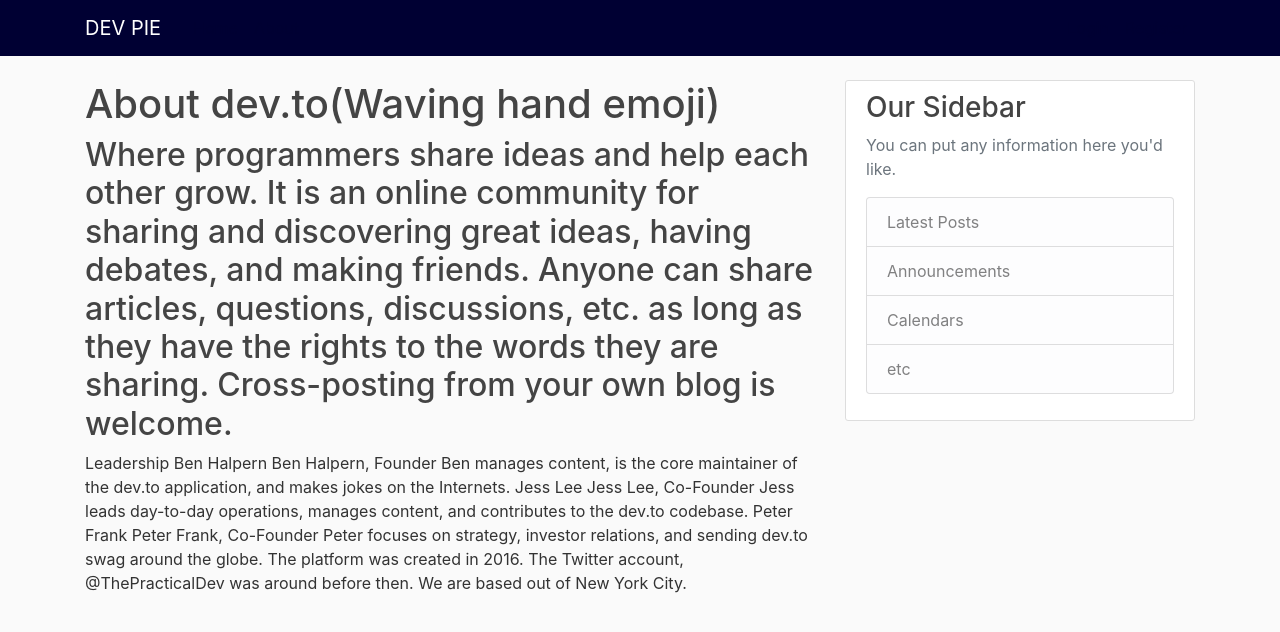
Repository: marstangg/Digitalblog
Page: http://localhost/about
The author's editor kept a record of every edit. The page is drawn from the files as they stood at one moment, then again after the next edit.
The browser window is 1280 px wide. The pictures show the whole page.
Some web libraries are served in a nearby version. The page is served by the project's application, run on Flask 3 (flaskblog/__init__.py).

Above is the page before.

After the next edit:
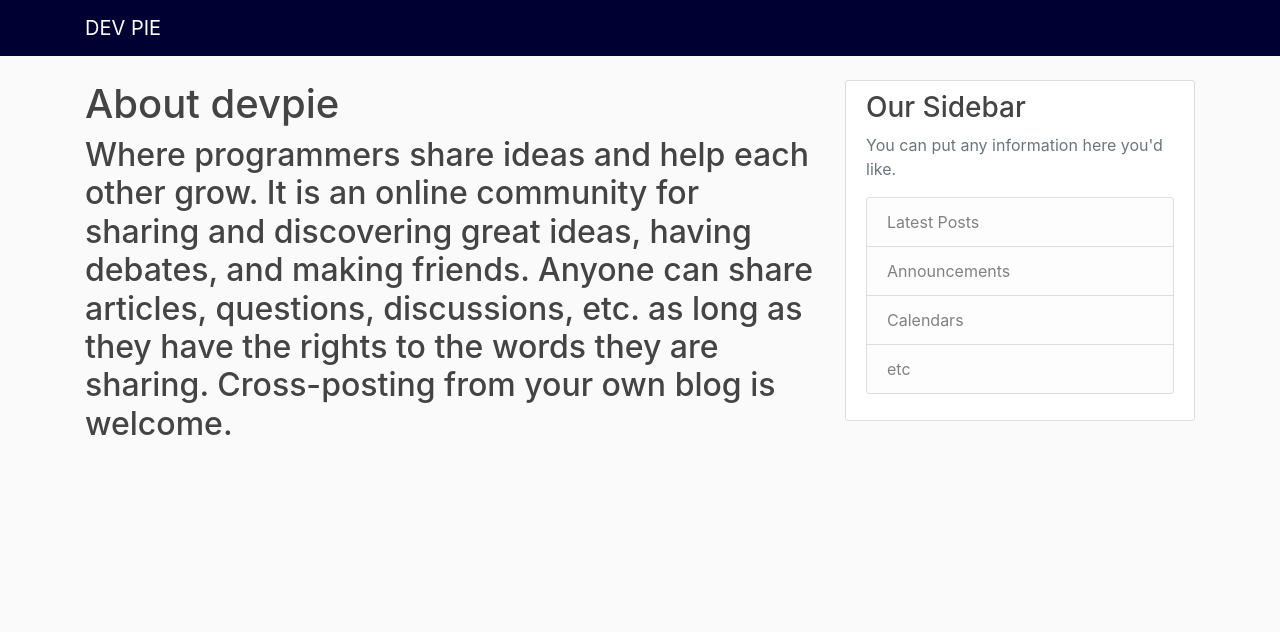
The edit:
--- a/flaskblog/templates/about.html
+++ b/flaskblog/templates/about.html
@@ -1,20 +1,7 @@
 {% extends "layout.html" %}
 {% block content %}
 
-<h1>About dev.to(Waving hand emoji) </h1>
+<h1>About devpie</h1>
 <h2>Where programmers share ideas and help each other grow. It is an online community for sharing and discovering great ideas, having debates, and making friends. Anyone can share articles, questions, discussions, etc. as long as they have the rights to the words they are sharing. Cross-posting from your own blog is welcome.</h2>
 
-Leadership
-Ben Halpern
-Ben Halpern, Founder
-Ben manages content, is the core maintainer of the dev.to application, and makes jokes on the Internets.
-Jess Lee
-Jess Lee, Co-Founder
-Jess leads day-to-day operations, manages content, and contributes to the dev.to codebase.
-Peter Frank
-Peter Frank, Co-Founder
-Peter focuses on strategy, investor relations, and sending dev.to swag around the globe.
-The platform was created in 2016. The Twitter account, @ThePracticalDev was around before then. We are based out of New York City.
-
-
 {% endblock content %}
